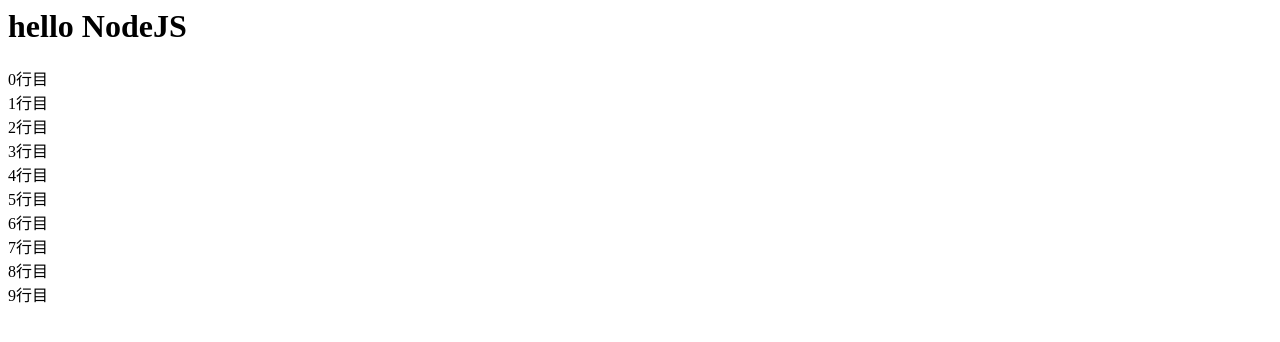
Repository: k-saito-256/test02
Page: http://localhost/
The author's editor kept a record of every edit. The page is drawn from the files as they stood at one moment, then again after the next edit.
The browser window is 1280 px wide. The pictures show the whole page.
The page is served by the project's Node server (app.js).

Above is the page before.

After the next edit:
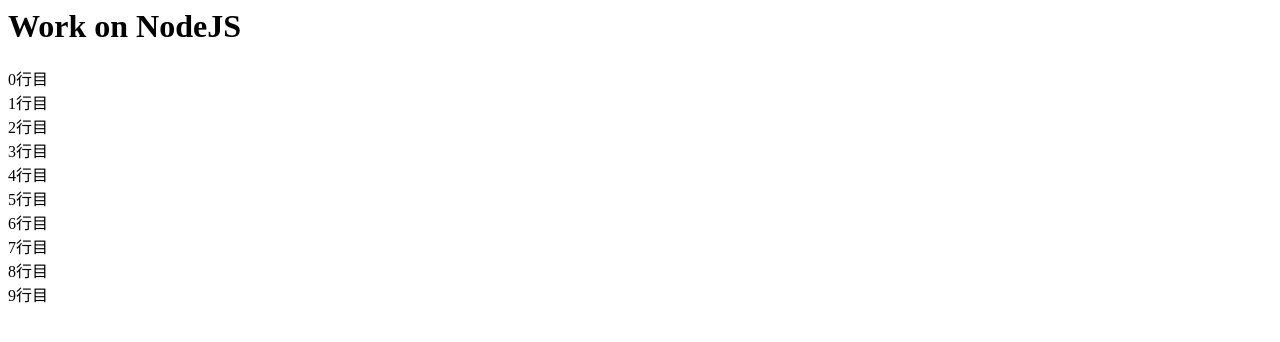
The edit:
--- a/views/hello.ejs
+++ b/views/hello.ejs
@@ -1,4 +1,4 @@
-<h1>hello NodeJS</h1>
+<h1>Work on NodeJS</h1>
 <%
 for(var i=0;i<10;i++) {
 %>
